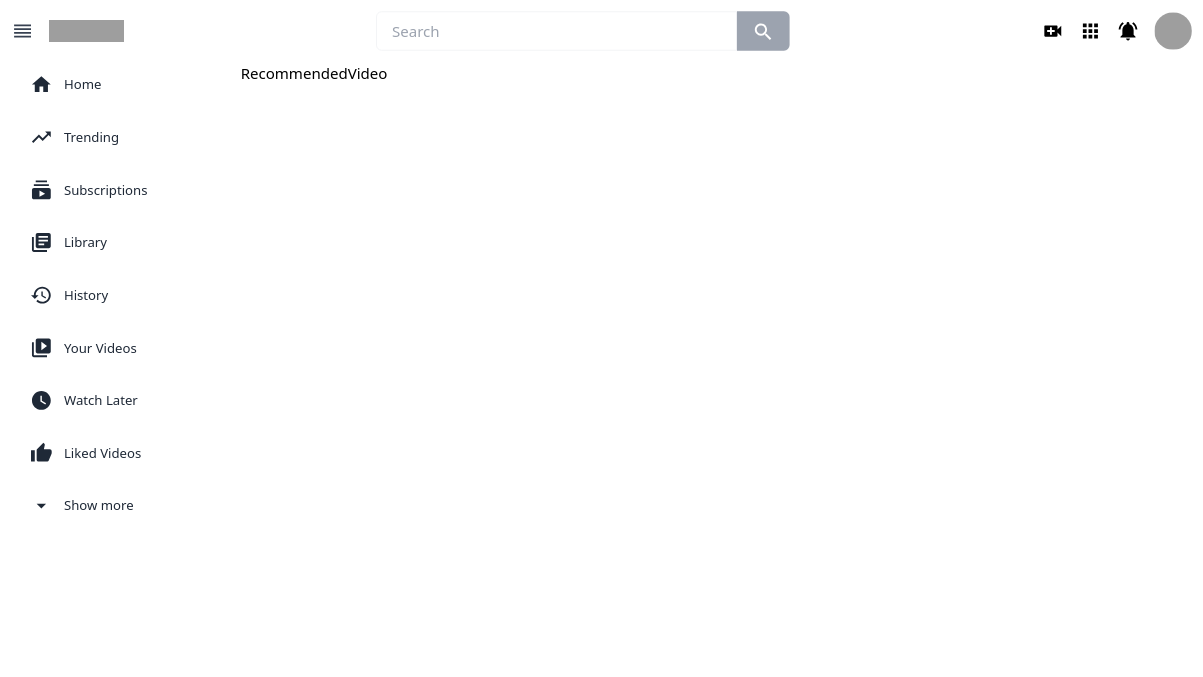
Repository: Shamraiz761/Youtube-clone
Page: /
An editor plug-in stored every save of this project. The page is shown before and after the next save, followed by the edit.
The browser window is 1280 px wide. The pictures show the whole page, at 94% of full size.
Pictures or frames that could not be fetched are drawn as grey boxes. The project was rebuilt for these pictures with package versions that can differ from the ones it lists, and the page was loaded fresh each time. Also part of the build but not shown: vite.config.js.

Above is the page before, as saved 2024-01-19 20:25:50.

After the next save:
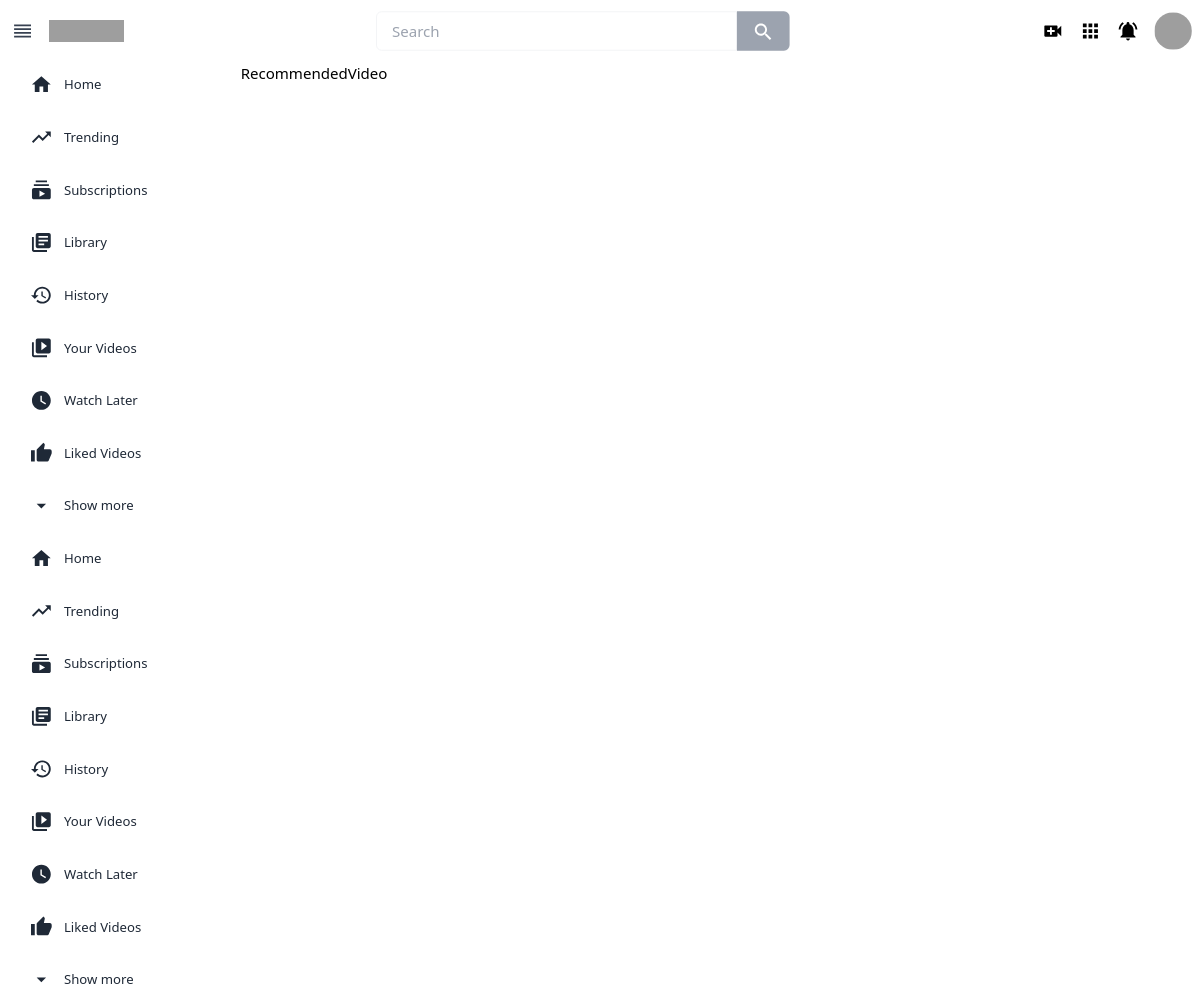
Saved 22 s later.
--- a/src/components/sidebar/Sidebar.jsx
+++ b/src/components/sidebar/Sidebar.jsx
@@ -12,6 +12,51 @@ import React from 'react';
 
 const Sidebar = () => {
     const data = [
+        {
+            id: 1,
+            title: 'Home',
+            icon: <Home className='mr-3'/>,
+        },
+        {
+            id: 2,
+            title: 'Trending',
+            icon: <TrendingUpIcon className='mr-3'/>,
+        },
+        {
+            id: 3,
+            title: 'Subscriptions',
+            icon: <SubscriptionsIcon className='mr-3'/>,
+        },
+        {
+            id: 4,
+            title: 'Library',
+            icon: <LibraryBooksIcon className='mr-3'/>,
+        },
+        {
+            id: 5,
+            title: 'History',
+            icon: <History className='mr-3'/>,
+        },
+        {
+            id: 6,
+            title: 'Your Videos',
+            icon: <VideoLibraryIcon className='mr-3'/>,
+        },
+        {
+            id: 7,
+            title: 'Watch Later',
+            icon: <WatchLaterIcon className='mr-3'/>,
+        },
+        {
+            id: 8,
+            title: 'Liked Videos',
+            icon: <ThumbUpIcon className='mr-3'/>,
+        },
+        {
+            id: 9,
+            title: 'Show more',
+            icon: <ArrowDropDownIcon className='mr-3'/>,
+        },
         {
             id: 1,
             title: 'Home',

After the 2 saves that followed:
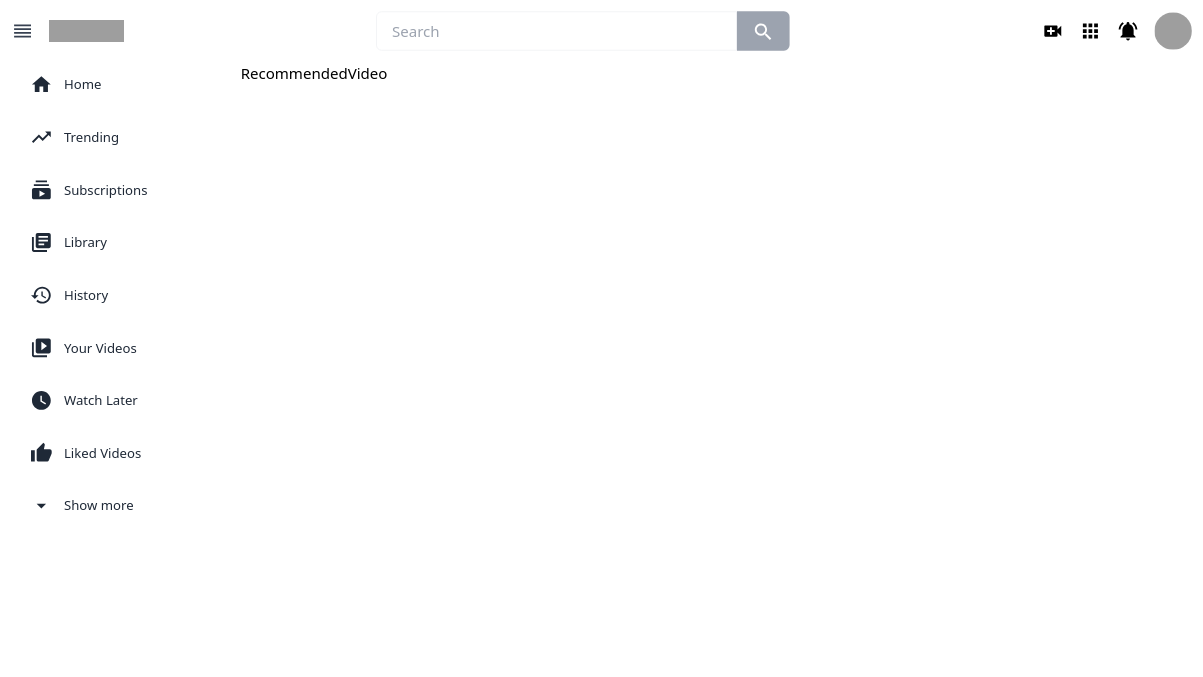
The 2 saves are shown as one change because 1 left the picture as it was.
The last was saved 38 s later.
--- a/src/components/sidebar/Sidebar.jsx
+++ b/src/components/sidebar/Sidebar.jsx
@@ -57,51 +57,7 @@ const Sidebar = () => {
             title: 'Show more',
             icon: <ArrowDropDownIcon className='mr-3'/>,
         },
-        {
-            id: 1,
-            title: 'Home',
-            icon: <Home className='mr-3'/>,
-        },
-        {
-            id: 2,
-            title: 'Trending',
-            icon: <TrendingUpIcon className='mr-3'/>,
-        },
-        {
-            id: 3,
-            title: 'Subscriptions',
-            icon: <SubscriptionsIcon className='mr-3'/>,
-        },
-        {
-            id: 4,
-            title: 'Library',
-            icon: <LibraryBooksIcon className='mr-3'/>,
-        },
-        {
-            id: 5,
-            title: 'History',
-            icon: <History className='mr-3'/>,
-        },
-        {
-            id: 6,
-            title: 'Your Videos',
-            icon: <VideoLibraryIcon className='mr-3'/>,
-        },
-        {
-            id: 7,
-            title: 'Watch Later',
-            icon: <WatchLaterIcon className='mr-3'/>,
-        },
-        {
-            id: 8,
-            title: 'Liked Videos',
-            icon: <ThumbUpIcon className='mr-3'/>,
-        },
-        {
-            id: 9,
-            title: 'Show more',
-            icon: <ArrowDropDownIcon className='mr-3'/>,
-        },
+
     ]
   return (
     <div className="text-gray-800 bg-white w-64 flex flex-col h-[89vh]">
